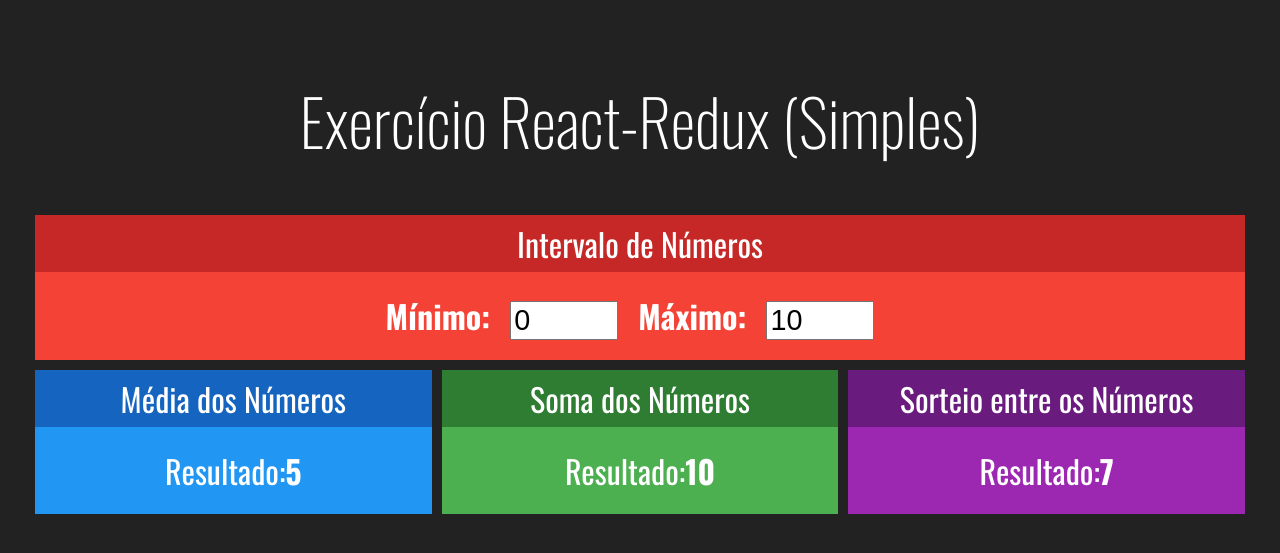
Repository: WellysonP/testando-react-redux
Page: /
An editor plug-in stored every save of this project. The page is shown before and after the next save, followed by the edit.
The browser window is 1280 px wide. The pictures show the whole page.
The project was rebuilt for these pictures with package versions that can differ from the ones it lists, and the page was loaded fresh each time.

Above is the page before, as saved 2023-01-12 18:34:13.

After the next save:
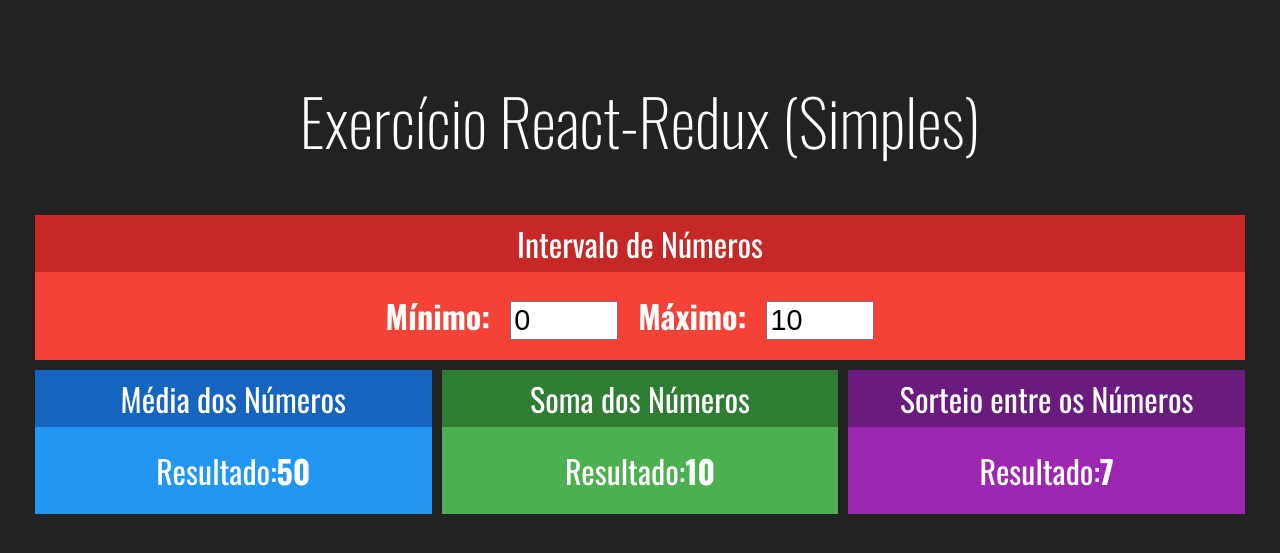
Saved 5 s later.
--- a/src/App.js
+++ b/src/App.js
@@ -7,7 +7,7 @@ import Sorteio from './components/Sorteio';
 
 function App() {
   const [min, setMin] = useState(0)
-  const [max, setMax] = useState(10)
+  const [max, setMax] = useState(100)
   return (
     <div className="App">
       <h1>Exercício React-Redux (Simples)</h1>
